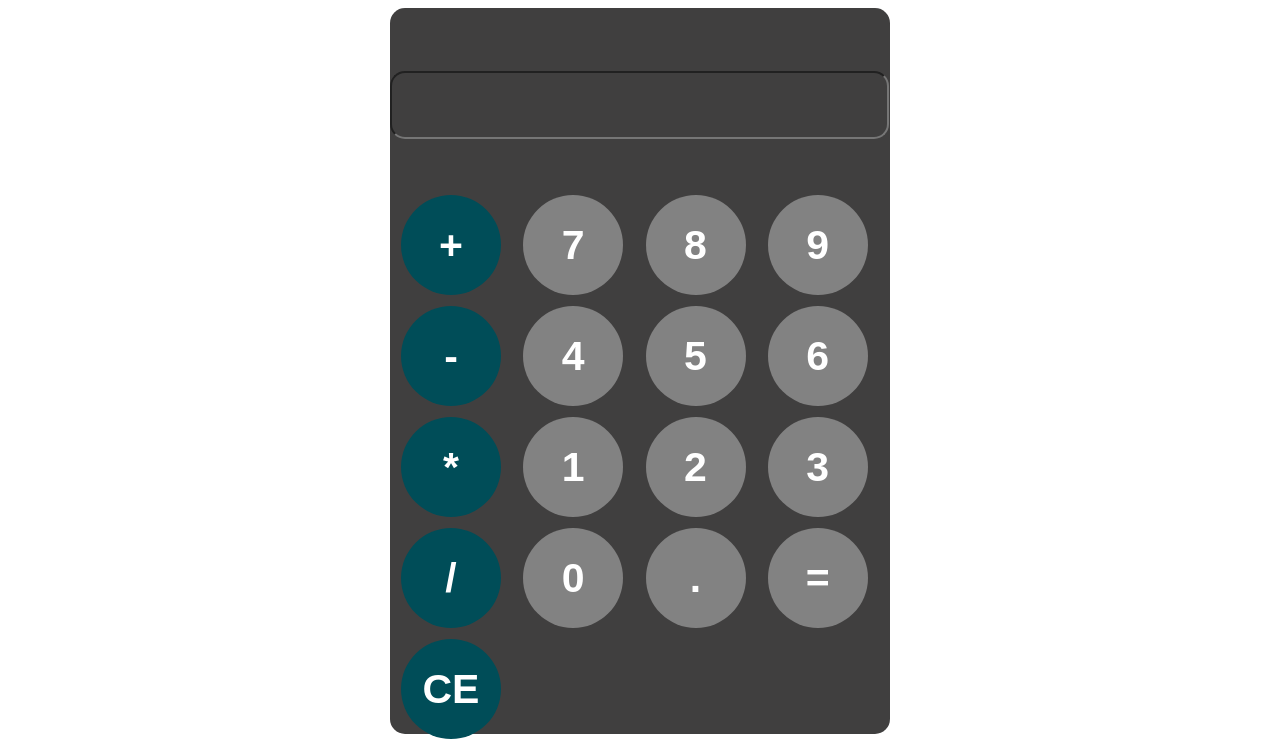
Repository: rkrukshan/JS-Calculator
Page: index.html
The author's editor kept a copy of each file at every save. The page is drawn from the files as they stood at one save, then again after a run of saves.
The browser window is 1280 px wide. The pictures show the whole page.

Above is the page before, as saved 2024-09-02 14:20:48.

After the next 2 saves:
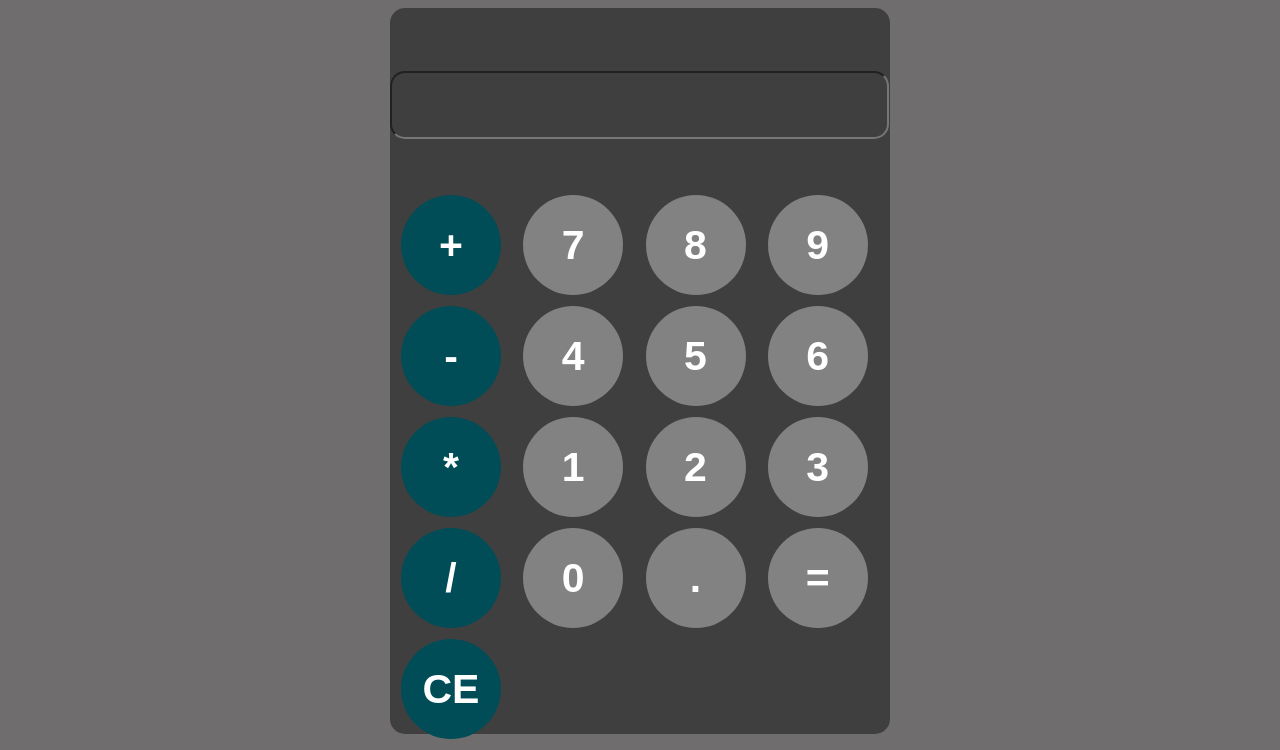
The 2 saves are shown as one change because they came seconds apart.
The last was saved 8 s later.
--- a/style.css
+++ b/style.css
@@ -1,5 +1,5 @@
 body{
-  background-color: #fff;
+  background-color: hsl(0, 1%, 43%);
 }
 #calculator {
   display: flexbox;
